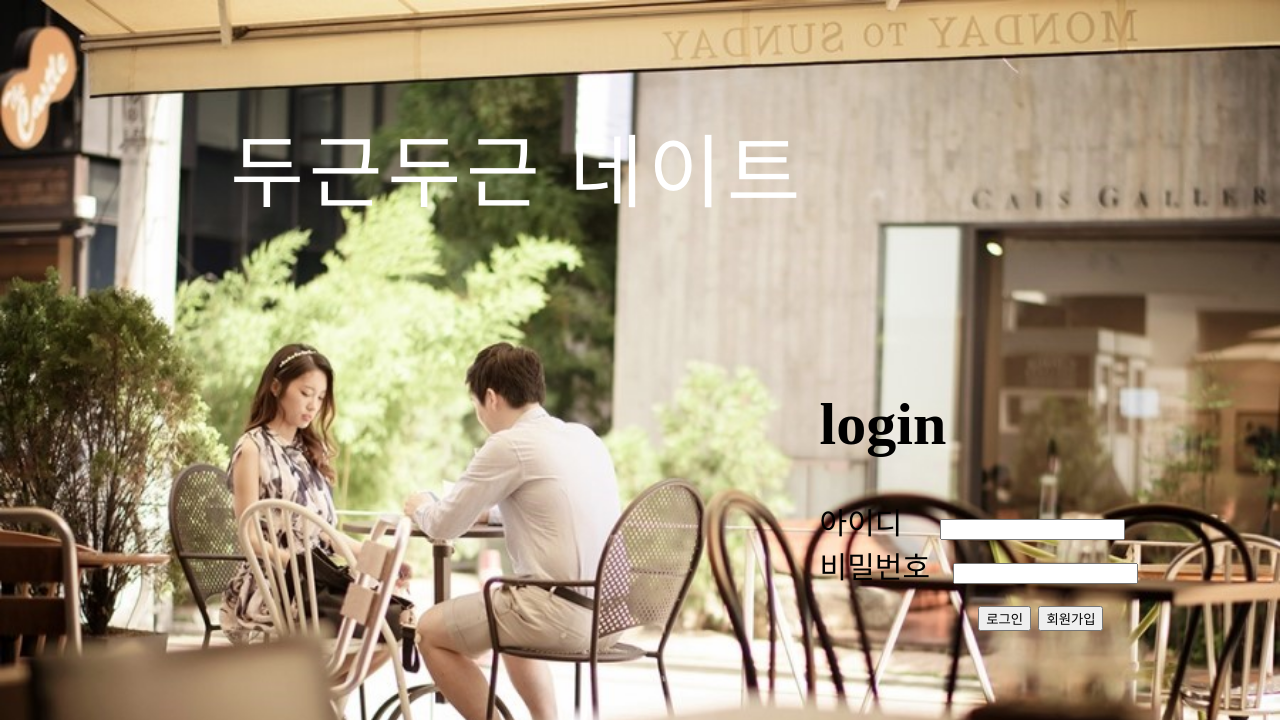
Repository: pinokio531/date_application
Page: http://localhost/doogeunDate/indexPage.jsp
The author's editor kept a copy of each file at every save. The page is drawn from the files as they stood at one save, then again after the next save.
The browser window is 1280 px wide. The pictures show the whole page.
Some web fonts or font styles are not loaded; a fallback is used. The page is served by Tomcat 9.

Above is the page before, as saved 2019-06-04 10:10:08.

### doogeunDate/WebContent/indexPage.jsp
<%@ page language="java" contentType="text/html; charset=UTF-8"
    pageEncoding="UTF-8"%>
<%@ page errorPage = "error/errorpage.jsp" %>
<html lang="en">

<head>
	<link href="https://fonts.googleapis.com/css?family=Nanum+Brush+Script&display=swap" rel="stylesheet">
	<meta charset="EUC-KR">
	<meta http-equiv="X-UA-Compatible" content="ie=edge">
	<title>Document</title>
	<link rel="stylesheet" type="text/css" href="style/index.css" />
</head>

<body>
	<div id="header">
		<p>두근두근 데이트</p>
	</div>
	<div id="container">
		<form action="f_login.jsp" method="post">
			<div class="login">
					<h1>login</h1>
					아이디 &nbsp;&nbsp;&nbsp; <input name="id"><br>
					비밀번호 &nbsp;&nbsp;<input name="passwd"><br>

					<div class="button">
						<input type="submit" value="로그인">
						<input type="button" value="회원가입" onclick="location.href='joinPage.jsp'"><br>
					</div>
				</div>
		</form>
	</div>
</body>

</html>

### doogeunDate/WebContent/style/index.css
body{
    background-image:url(../asset/background.jpg);
    background-size: 100%;
}

#header{
    margin-left: 16%;
    padding: 20px;
    font-family: 'Nanum Brush Script', cursive;
    font-size: 60pt;
    letter-spacing: 5px;
    color: white;
}


.footer{
    text-align: center;
    font-size: 13pt;
    background-color: white;
}

.login{
    float: right;
    margin:10px;
    width: 35%;
    font-family: 'Nanum Brush Script', cursive;
    font-size: 30px;
}

.button{
    margin: 10px;
    text-align:center;
}

.footer p {
	color: pink;
    font-weight: bold;
}

After the next save:
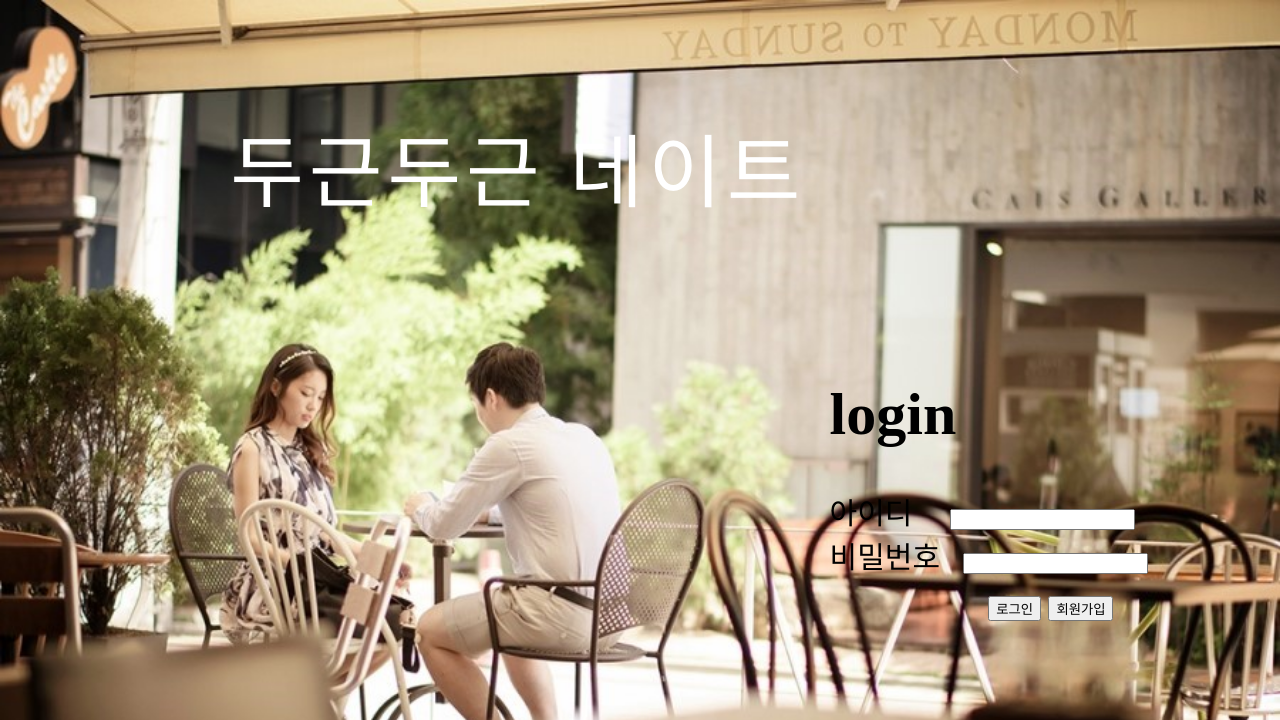
Saved 58 s later.
--- a/doogeunDate/WebContent/style/index.css
+++ b/doogeunDate/WebContent/style/index.css
@@ -21,7 +21,6 @@ body{
 
 .login{
     float: right;
-    margin:10px;
     width: 35%;
     font-family: 'Nanum Brush Script', cursive;
     font-size: 30px;
